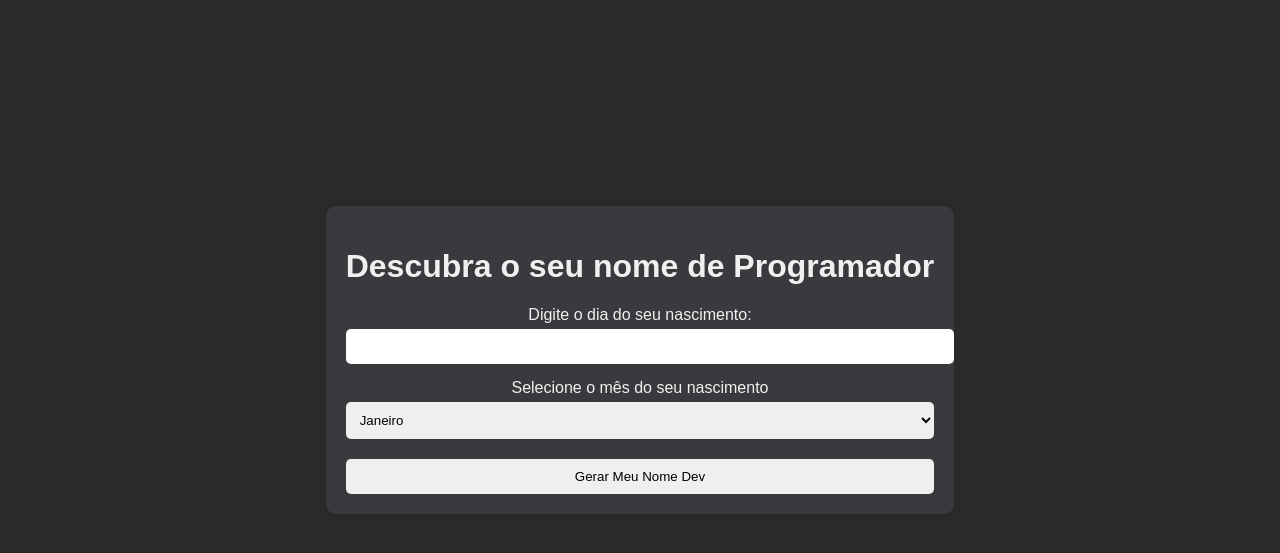
Repository: analessp/seu-nome-dev
Page: index.html
The author's editor kept a copy of each file at every save. The page is drawn from the files as they stood at one save, then again after a run of saves.
The browser window is 1280 px wide. The pictures show the whole page.

Above is the page before, as saved 2025-05-13 10:51:35.

After the next 4 saves:
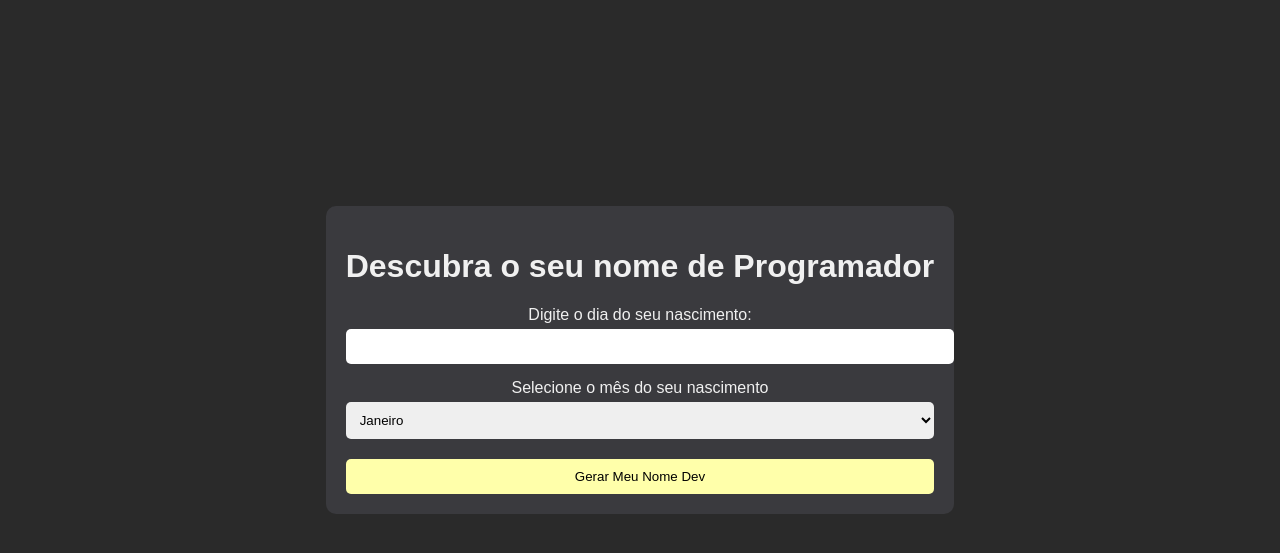
The 4 saves are shown as one change because they came seconds apart.
The last was saved 8 s later.
--- a/styles.css
+++ b/styles.css
@@ -31,4 +31,6 @@ input, select, button {
     outline: none;
 }
 
-button
+button {
+    background-color: #ffa;
+}
